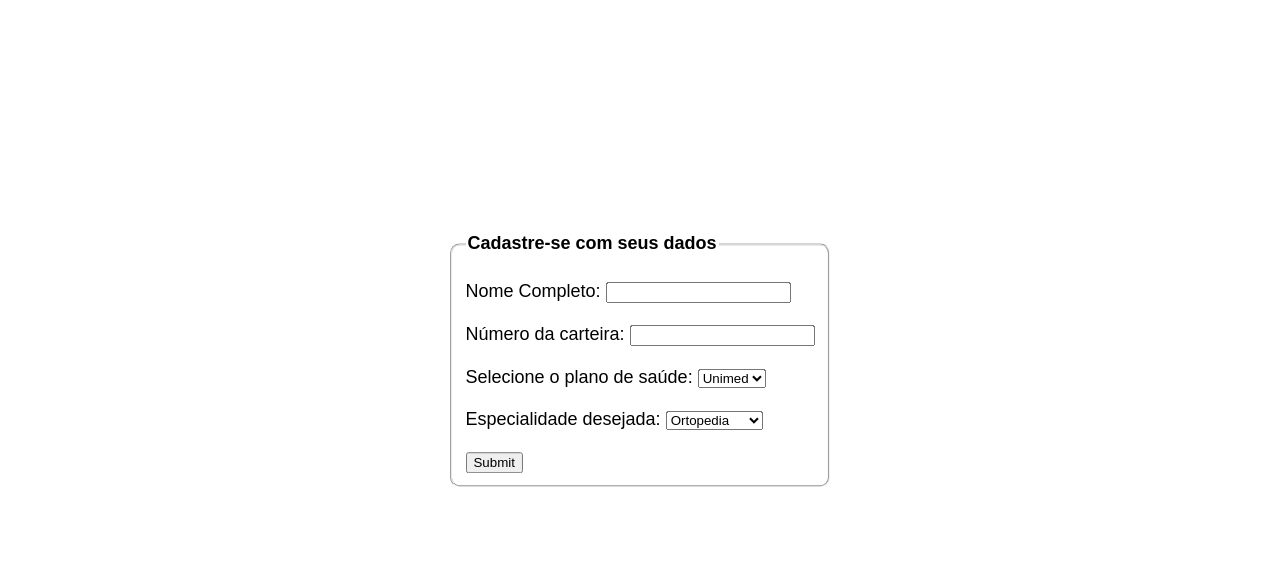
Repository: ohenriquesouza/HospitalCRUD-using-JavaEE
Page: JSP_test/src/main/webapp/nova_consulta.html
An editor plug-in stored every save of this project. The page is shown before and after the next save, followed by the edit.
The browser window is 1280 px wide. The pictures show the whole page.

Above is the page before, as saved 2022-12-27 16:16:33.

After the next save:
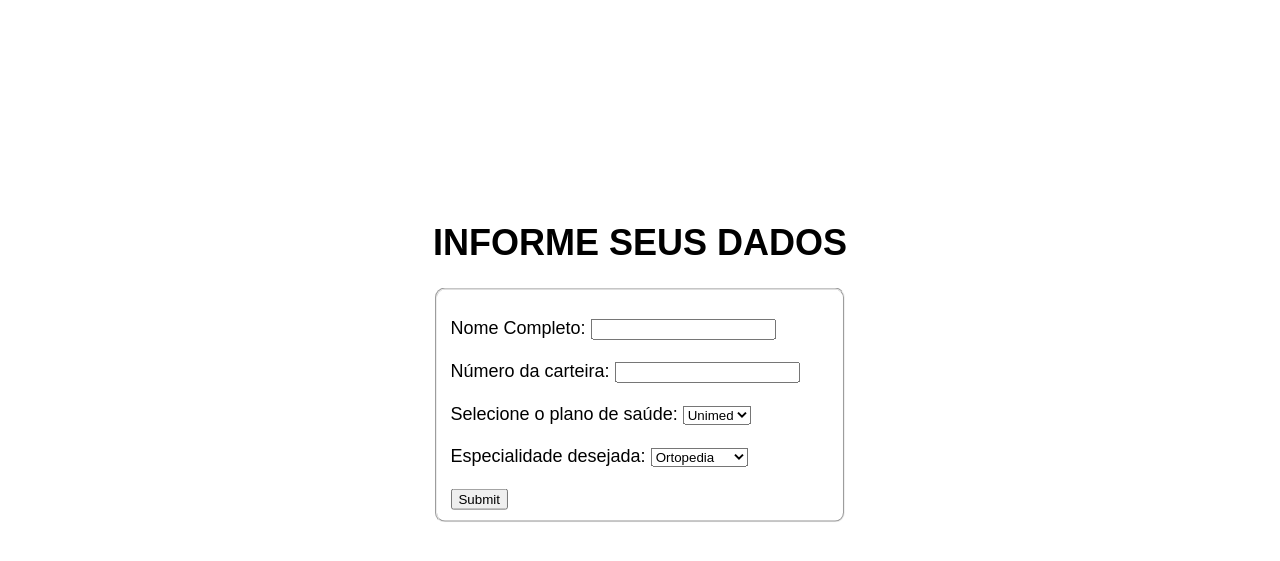
Saved 2 min 24 s later.
--- a/JSP_test/src/main/webapp/nova_consulta.html
+++ b/JSP_test/src/main/webapp/nova_consulta.html
@@ -26,9 +26,10 @@
     </head>
     <body>
         <div class="box">
+        	<h1>INFORME SEUS DADOS</h1>
             <form action="">
                 <fieldset>
-                    <legend><b>Cadastre-se com seus dados</b></legend><br/>
+                   	<br/>
                     <div class="input_box">
                         <label for="nome">Nome Completo:</label>
                         <input type="text" name="nome" id="nome" class="input_name" required></input>

After the save that followed:
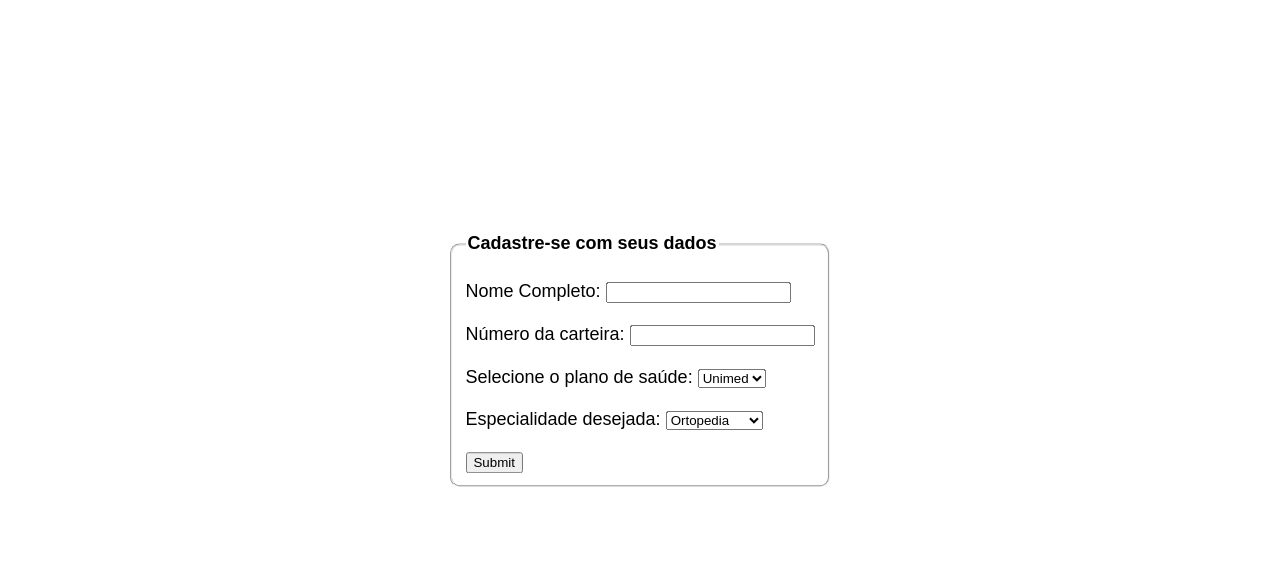
Saved 36 s later.
--- a/JSP_test/src/main/webapp/nova_consulta.html
+++ b/JSP_test/src/main/webapp/nova_consulta.html
@@ -26,10 +26,9 @@
     </head>
     <body>
         <div class="box">
-        	<h1>INFORME SEUS DADOS</h1>
             <form action="">
                 <fieldset>
-                   	<br/>
+                    <legend><b>Cadastre-se com seus dados</b></legend><br/>
                     <div class="input_box">
                         <label for="nome">Nome Completo:</label>
                         <input type="text" name="nome" id="nome" class="input_name" required></input>
